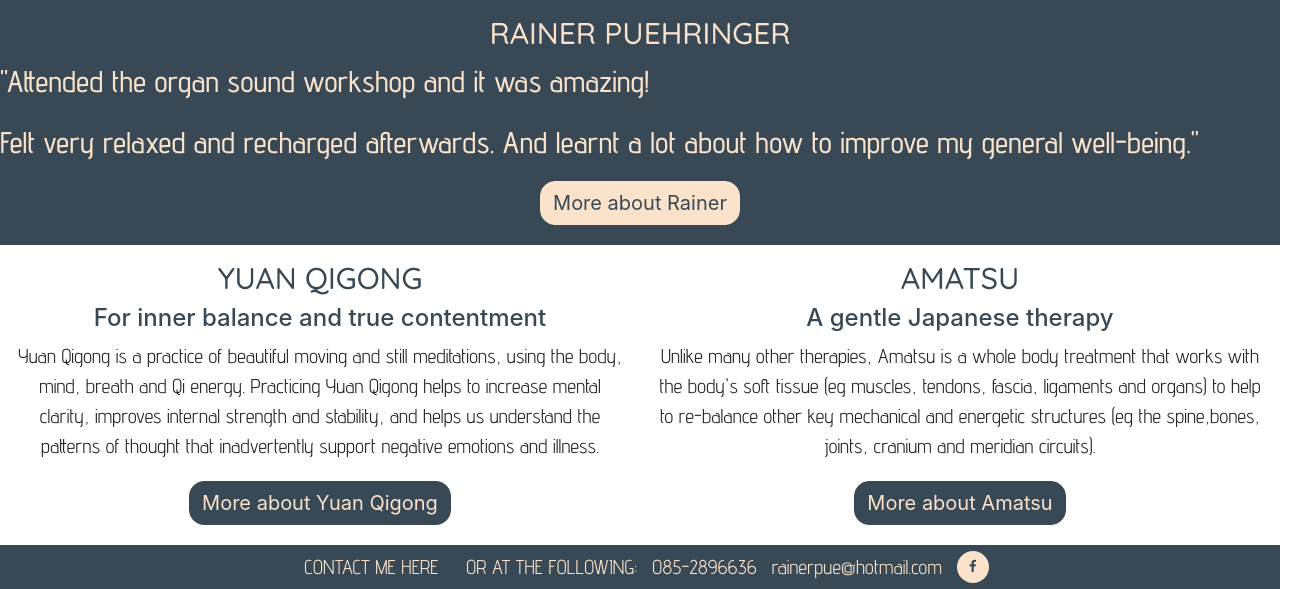
Repository: rainerpue/practitioner_website
Page: about.html
The author's editor kept a record of every edit. The page is drawn from the files as they stood at one moment, then again after the next edit.
The browser window is 1280 px wide. The page is 1295 px wide, so the pictures cover 1295 px, including what lies to the right of the window. The pictures show the part of the page from y = 216 to 805 px (the page is 805 px tall).
Some web libraries are served in a nearby version.

Above is the page before.

After the next edit:
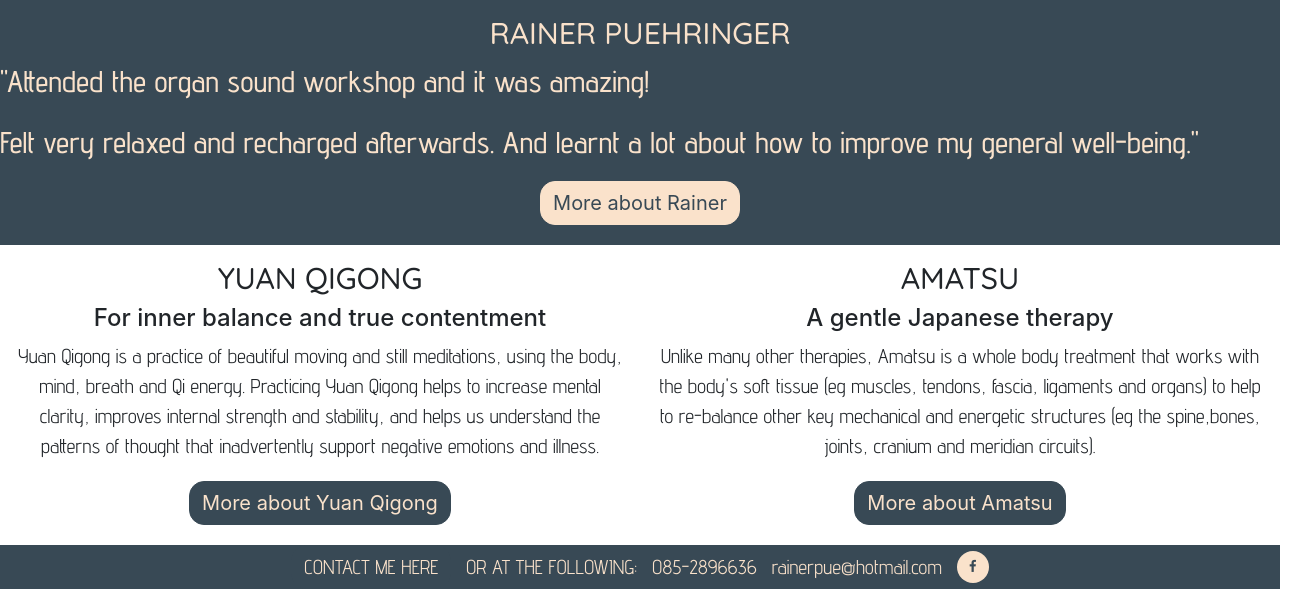
The edit:
--- a/assets/css/style.css
+++ b/assets/css/style.css
@@ -18,7 +18,7 @@
 }
 
 .color-intro {
-    color: #384955;
+
 }
 
 /*-----------------------------------------Special paddings/margins/texts */
